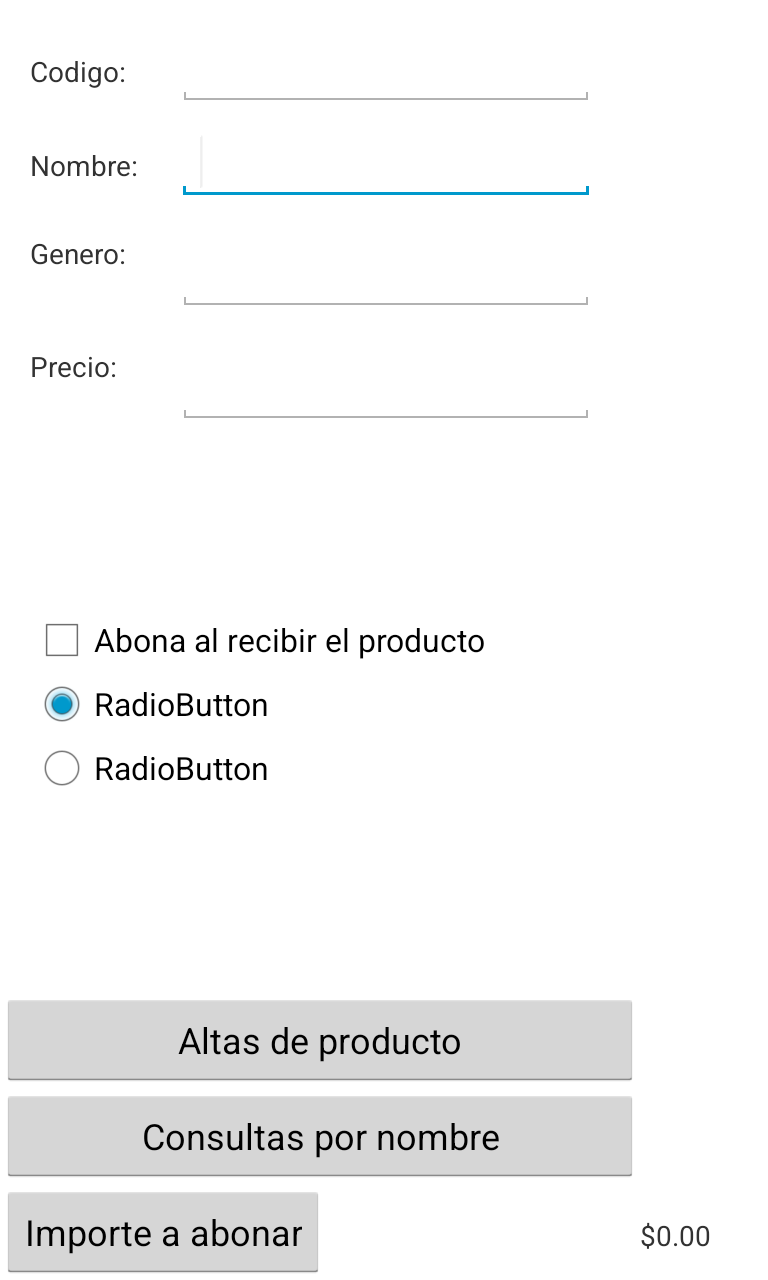
Repository: unknoman/javaAndroidDesempenos
Layout: parcial2h/res/layout/activity_main.xml
An editor plug-in stored every save of this project. The layout is shown before and after the next save, followed by the edit.
It is drawn on a 768 x 1280 px phone screen (xhdpi) without system bars, with theme AppTheme; the app's code is not run.

Above is the layout before, as saved 2022-06-16 06:43:32.

### parcial2h/res/layout/activity_main.xml
<RelativeLayout xmlns:android="http://schemas.android.com/apk/res/android"
    xmlns:tools="http://schemas.android.com/tools"
    android:layout_width="match_parent"
    android:layout_height="match_parent"
    tools:context=".MainActivity" >

    <TextView
        android:id="@+id/textView2"
        android:layout_width="wrap_content"
        android:layout_height="wrap_content"
        android:layout_alignParentLeft="true"
        android:layout_below="@+id/textView1"
        android:layout_marginLeft="15dp"
        android:layout_marginTop="28dp"
        android:text="Nombre:" />

    <TextView
        android:id="@+id/textView1"
        android:layout_width="wrap_content"
        android:layout_height="wrap_content"
        android:layout_alignLeft="@+id/textView2"
        android:layout_alignParentTop="true"
        android:layout_marginTop="26dp"
        android:text="Codigo:" />

    <TextView
        android:id="@+id/textView3"
        android:layout_width="wrap_content"
        android:layout_height="wrap_content"
        android:layout_alignRight="@+id/textView1"
        android:layout_below="@+id/textView2"
        android:layout_marginTop="25dp"
        android:text="Genero:" />

    <EditText
        android:id="@+id/et1"
        android:layout_width="wrap_content"
        android:layout_height="wrap_content"
        android:layout_alignBaseline="@+id/textView1"
        android:layout_alignBottom="@+id/textView1"
        android:layout_marginLeft="19dp"
        android:layout_toRightOf="@+id/textView2"
        android:ems="10"
        android:inputType="number" />

    <EditText
        android:id="@+id/et2"
        android:layout_width="wrap_content"
        android:layout_height="wrap_content"
        android:layout_alignBaseline="@+id/textView2"
        android:layout_alignBottom="@+id/textView2"
        android:layout_alignLeft="@+id/et1"
        android:ems="10" >

        <requestFocus />
    </EditText>

    <EditText
        android:id="@+id/et3"
        android:layout_width="wrap_content"
        android:layout_height="wrap_content"
        android:layout_alignLeft="@+id/et2"
        android:layout_alignTop="@+id/textView3"
        android:ems="10" />

    <EditText
        android:id="@+id/et4"
        android:layout_width="wrap_content"
        android:layout_height="wrap_content"
        android:layout_alignLeft="@+id/et3"
        android:layout_alignTop="@+id/textView4"
        android:ems="10"
        android:inputType="numberDecimal" />

    <TextView
        android:id="@+id/textView4"
        android:layout_width="wrap_content"
        android:layout_height="wrap_content"
        android:layout_alignLeft="@+id/textView2"
        android:layout_below="@+id/et3"
        android:layout_marginTop="17dp"
        android:text="Precio:" />

    <CheckBox
        android:id="@+id/cb1"
        android:layout_width="wrap_content"
        android:layout_height="wrap_content"
        android:layout_alignLeft="@+id/textView4"
        android:layout_centerVertical="true"
        android:text="Abona al recibir el producto" />

    <Button
        android:id="@+id/button3"
        android:layout_width="wrap_content"
        android:layout_height="wrap_content"
        android:layout_alignParentBottom="true"
        android:layout_alignParentLeft="true"
        android:text="Importe a abonar" />

    <Button
        android:id="@+id/button2"
        android:layout_width="320dp"
        android:layout_height="wrap_content"
        android:layout_above="@+id/button3"
        android:layout_alignParentLeft="true"
        android:text="Consultas por nombre" />

    <Button
        android:id="@+id/button1"
        android:layout_width="320dp"
        android:layout_height="wrap_content"
        android:layout_above="@+id/button2"
        android:layout_alignParentLeft="true"
        android:minWidth="64dp"
        android:text="Altas de producto" />

    <TextView
        android:id="@+id/tv1"
        android:layout_width="wrap_content"
        android:layout_height="wrap_content"
        android:layout_alignBaseline="@+id/button3"
        android:layout_alignBottom="@+id/button3"
        android:layout_toRightOf="@+id/button2"
        android:text="$0.00" />

    <RadioGroup
        android:id="@+id/radioGroup1"
        android:layout_width="wrap_content"
        android:layout_height="wrap_content"
        android:layout_alignLeft="@+id/cb1"
        android:layout_below="@+id/cb1" >

        <RadioButton
            android:id="@+id/radio0"
            android:layout_width="wrap_content"
            android:layout_height="wrap_content"
            android:checked="true"
            android:text="RadioButton" />

        <RadioButton
            android:id="@+id/radio1"
            android:layout_width="wrap_content"
            android:layout_height="wrap_content"
            android:text="RadioButton" />
    </RadioGroup>

</RelativeLayout>

Loaded but not shown: parcial2h/res/values/styles.xml (common file); parcial2h/res/values-v11/styles.xml (common file); parcial2h/res/values-v14/styles.xml (common file)

After the next save:
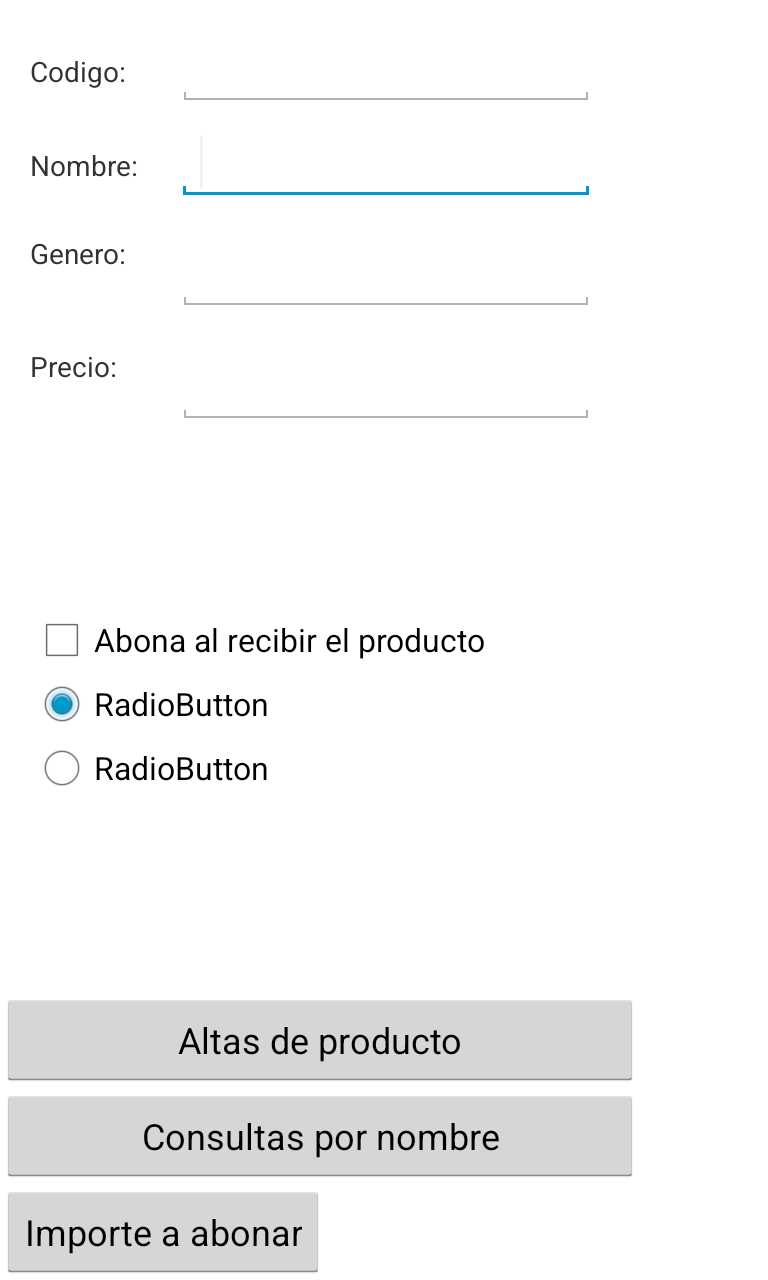
Saved 23 s later.
--- a/parcial2h/res/layout/activity_main.xml
+++ b/parcial2h/res/layout/activity_main.xml
@@ -114,15 +114,6 @@
         android:minWidth="64dp"
         android:text="Altas de producto" />
 
-    <TextView
-        android:id="@+id/tv1"
-        android:layout_width="wrap_content"
-        android:layout_height="wrap_content"
-        android:layout_alignBaseline="@+id/button3"
-        android:layout_alignBottom="@+id/button3"
-        android:layout_toRightOf="@+id/button2"
-        android:text="$0.00" />
-
     <RadioGroup
         android:id="@+id/radioGroup1"
         android:layout_width="wrap_content"
